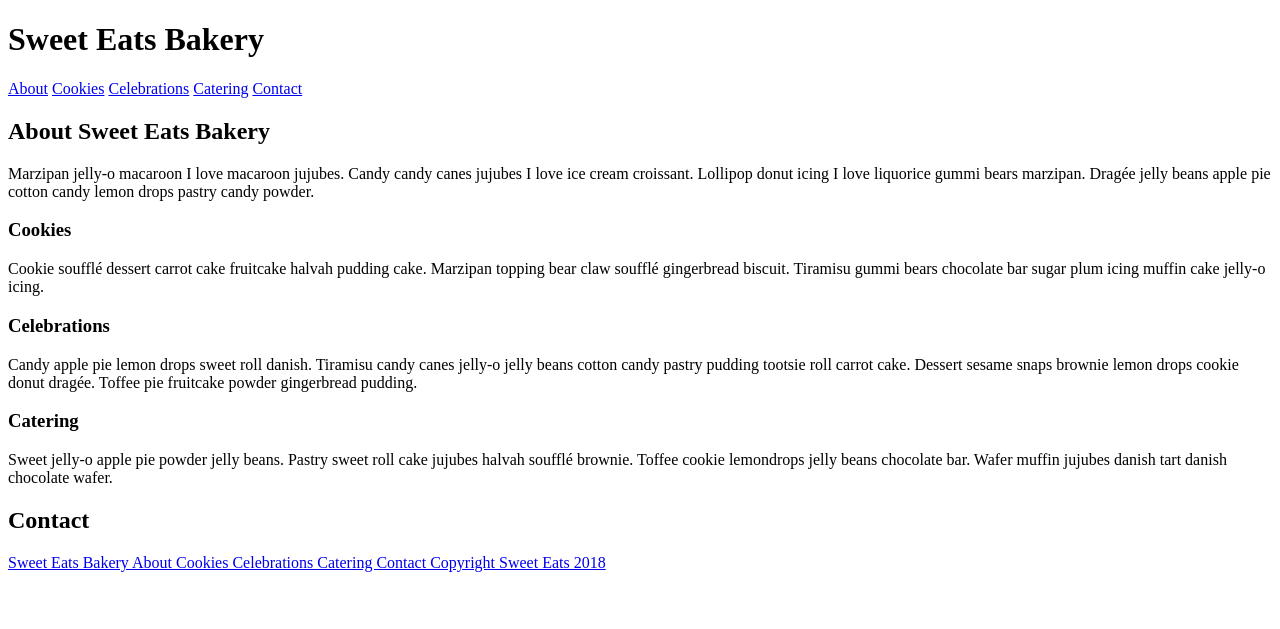
Repository: yoshimario/web-module-challenge-user-interface
Page: index.html
The author's editor kept a copy of each file at every save. The page is drawn from the files as they stood at one save, then again after a run of saves.
The browser window is 1280 px wide. The pictures show the whole page.
Some web fonts or font styles are not loaded; a fallback is used.

Above is the page before, as saved 2023-05-15 00:24:14.

After the next 3 saves:
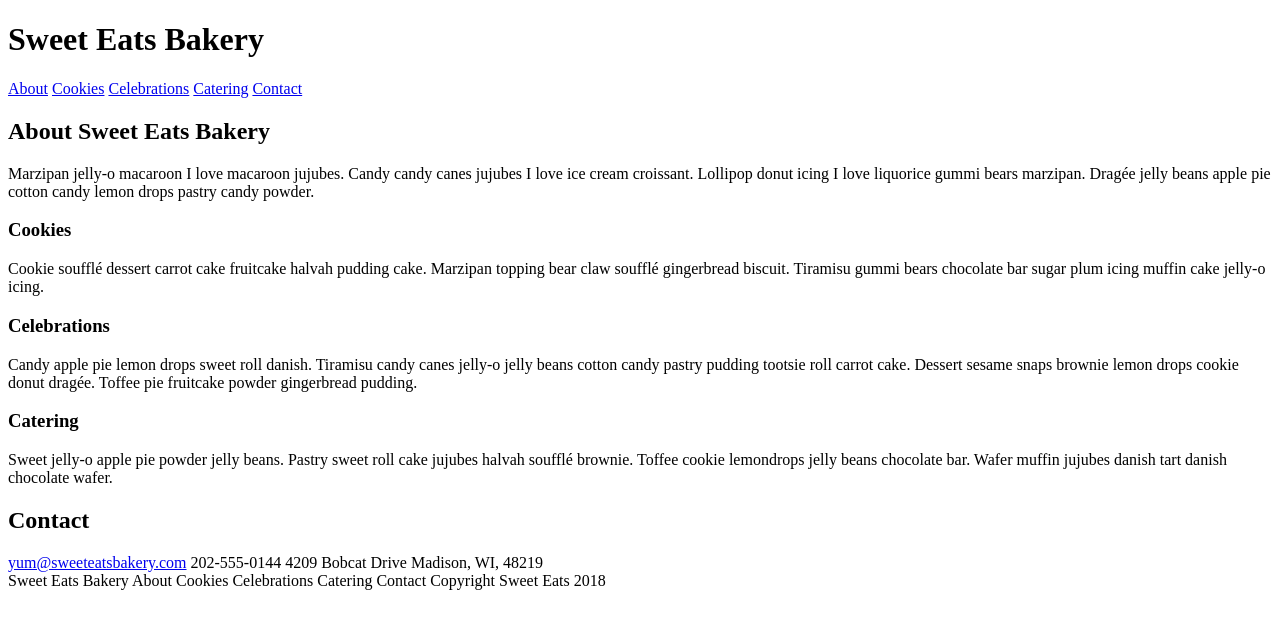
The 3 saves are shown as one change because they came seconds apart.
The last was saved 16 s later.
--- a/index.html
+++ b/index.html
@@ -58,7 +58,7 @@ lemondrops jelly beans chocolate bar. Wafer muffin jujubes danish tart danish ch
 <section>
 <h2>Contact</h2>
 
-<a href="mailto:yum@sweeteatsbakery.com"
+<a href="mailto:yum@sweeteatsbakery.com">yum@sweeteatsbakery.com</a>
 202-555-0144
 4209 Bobcat Drive
 Madison, WI, 48219
